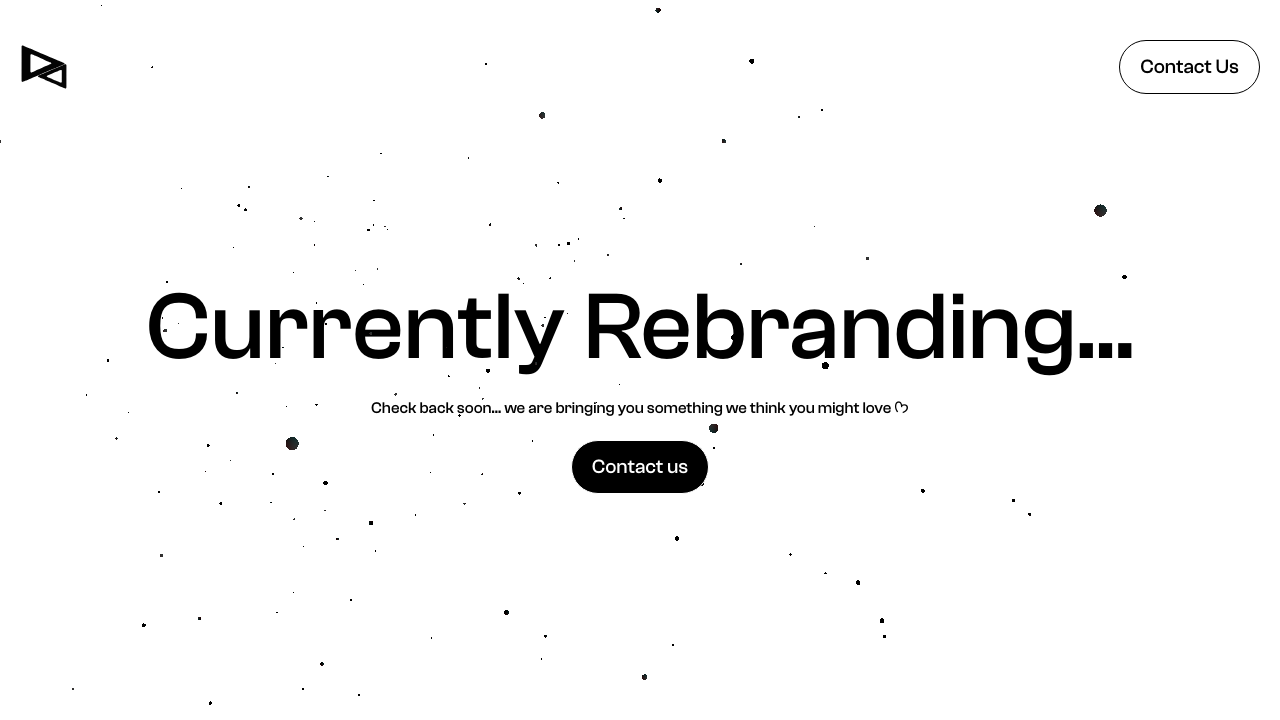
Repository: Cybugg/Nexxistudios-new
Page: /
These files come from the project's save history. The page is drawn as it stood at one moment and after the next save; the edit follows.
The browser window is 1280 px wide. The pictures show the whole page.
The project was rebuilt for these pictures with package versions that can differ from the ones it lists, and the page was loaded fresh each time. The framework's server and built-in components were replaced by stand-ins that run in the browser. Also part of the build but not shown: next.config.mjs.

Above is the page before, as saved 2025-09-06 16:15:29.

After the next save:
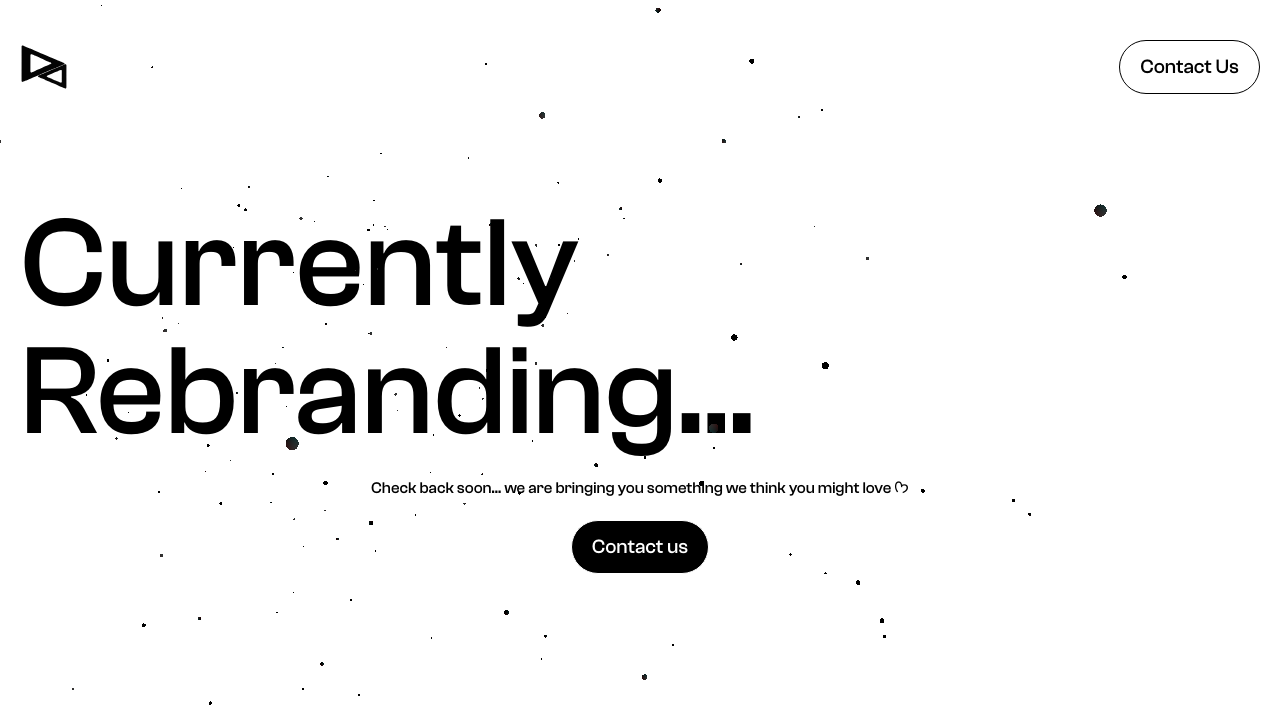
Saved 5 s later.
--- a/app/components/hero.js
+++ b/app/components/hero.js
@@ -10,7 +10,7 @@ function Hero() {
     <div className="flex flex-col items-center justify-center gap-5 w-full">
 
 {/* Main Text */}
-<h1 className=" text-black flex items-center justify-center  w-full   text-8xl ">
+<h1 className=" text-black flex items-center justify-center  w-full   text-9xl ">
 Currently Rebranding...
 </h1>
 {/* Sub-text */}
